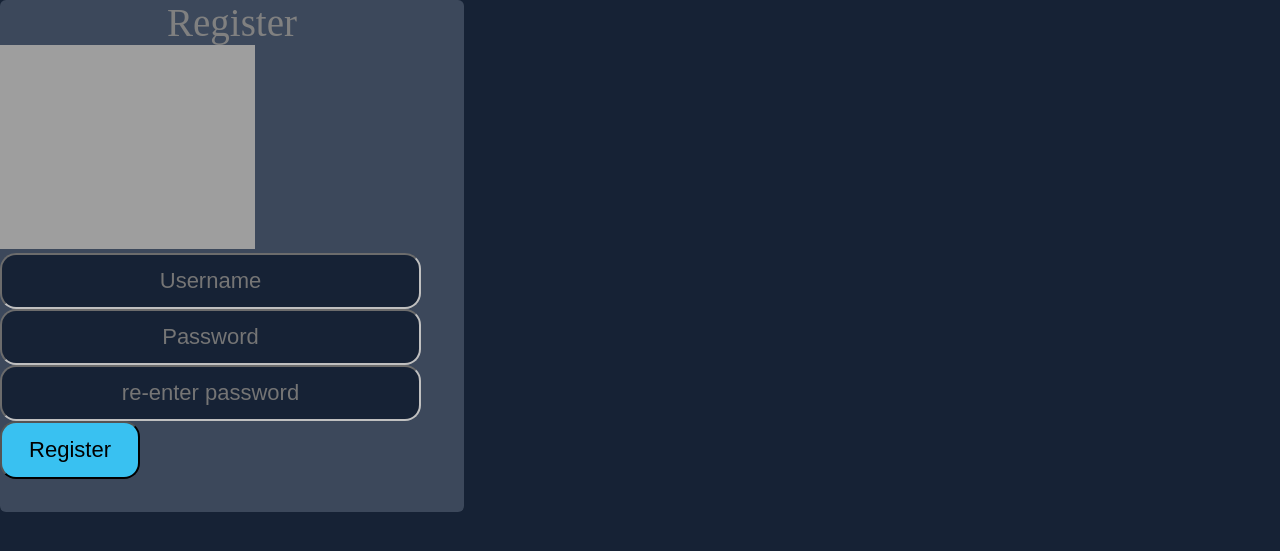
Repository: leystra019/nea
Page: scripts/html/login/registration.html
These files come from the project's save history. The page is drawn as it stood at one moment and after the next save; the edit follows.
The browser window is 1280 px wide. The pictures show the whole page.
Pictures or frames that could not be fetched are drawn as grey boxes.

Above is the page before, as saved 2022-12-10 10:17:41.

### scripts/html/login/registration.html

<!DOCTYPE html>
<html lang="en">
<head>
    <meta charset="UTF-8">
    <meta http-equiv="X-UA-Compatible" content="IE=edge">
    <meta name="viewport" content="width=device-width, initial-scale=1.0">
    <title>Login_system</title>
    <link href="/neatest/css/login.css" rel="stylesheet" type="text/css">
</head>
<body>
    <div class="background">
        <div class="ln-card">
            <div class="title">Register</div>
            <img src="images/profile.png" class="profile-img">
            <form action="/neatest/php/main php/authregister.php" method="post">
                <input type="username" name="username" id="username" class="logbox" placeholder="Username">
                <input type="password" name="password" class="logbox" id="password1" placeholder="Password">
                <input type="password" name="password" class="logbox" id="password2" placeholder="re-enter password">
                <input type="submit" value="Register" class="submbtn" id="button">
            </form>
        </div>


    </div>
</body>
</html>

### css/login.css
* {
    margin: 0px !important;
    padding: 0px !important;
    text-decoration: none;

  }

.background {
  width: 1920px;
  height: 1080px;
  background-color: #162235;
  position: fixed;
  padding-top: 123px;

}


.ln-card {
    height: 512px;
    width: 464px;
    background-color: #3C485B;
    margin: auto;
    border: 0px;
    padding-top: 46px;
    position: relative;
    border-radius: 6px;



}

.title {
  font-size: 39px;
  text-align: center;
  color: grey;
  text-align: center;
}

b {
  font-size: 22px;
  margin-left: 60px;
  margin-bottom: 0;

}

.profile-img {
  height: 204px;
  margin-top: 96px;
  margin-left: 184px;
  width: 255px;
}

.logbox {
  margin-left: 104px;
  margin-right: 104px;
  border-radius: 16px;
  height: 52px;
  width: 417px;
  background-color: #162235;
  border-color: #c0c0c0;
  font-size: 22px;
  text-align: center;
  margin-top: 43px;
  color: grey;


}

.submbtn {
  position: sticky;
  margin-top: 25px;
  margin-left: 250px;
  margin-bottom: 40px;
  width: 140px;
  height: 58px;
  background-color: #39C1F1;
  text-align: center;
  border-radius: 16px;
  font-size: 22px;

}

.login form input[type="submit"]:hover {
	background-color: #2868c7;
  	transition: background-color 0.2s;
}

a {
  font-size: 20px;
  margin-left: 5px;
  color: grey;

}

After the next save:
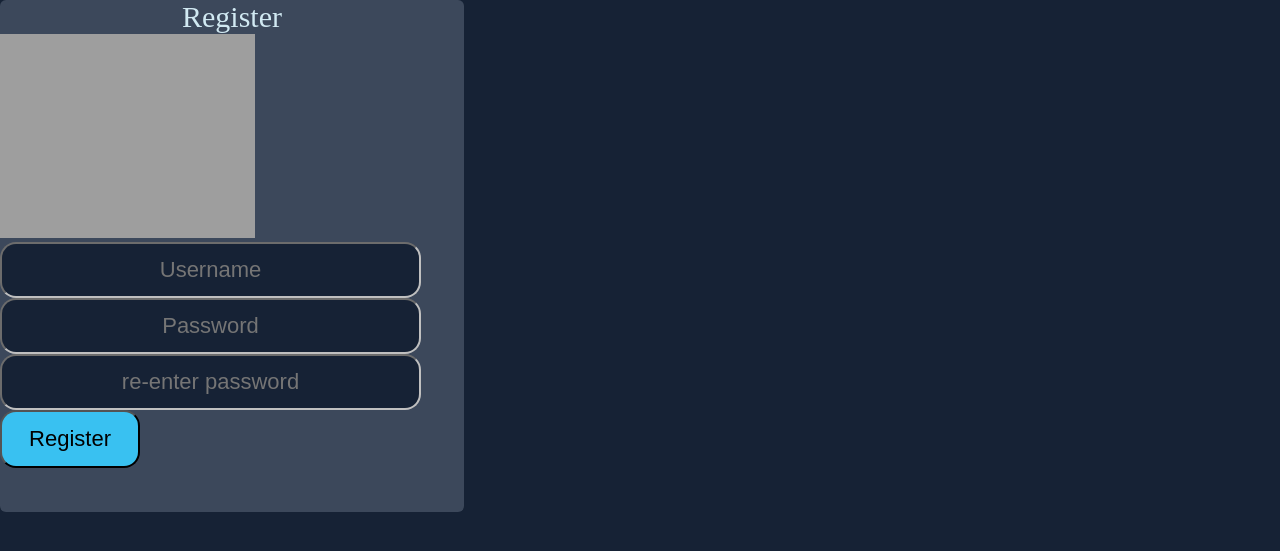
Saved 70 s later.
--- a/css/login.css
+++ b/css/login.css
@@ -30,9 +30,9 @@
 }
 
 .title {
-  font-size: 39px;
+  font-size: 30px;
   text-align: center;
-  color: grey;
+  color: #D1E9F2;
   text-align: center;
 }
 
